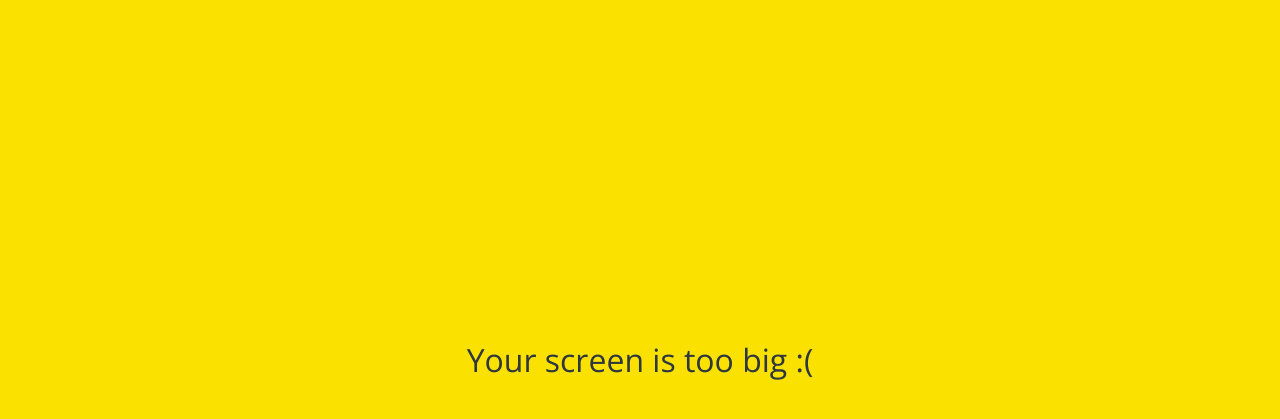
Repository: mjey14/kokoa-clone-2024-08
Page: friends.html
These files come from the project's save history. The page is drawn as it stood at one moment and after the next save; the edit follows.
The browser window is 1280 px wide. The pictures show the whole page.
Pictures or frames that could not be fetched are drawn as grey boxes. Some web libraries are served in a nearby version.

Above is the page before, as saved 2024-08-25 21:24:49.

### friends.html
<!DOCTYPE html>
<html lang="en">
  <head>
    <link rel="stylesheet" href="css/styles.css" />
    <meta charset="UTF-8" />
    <meta name="viewport" content="width=device-width, initial-scale=1.0" />
    <title>Friends - KokoaClone</title>
  </head>
  <body>
    <div class="status-bar">
      <div class="status-bar__column">
        <span>No Service</span>
        <i class="fa-solid fa-wifi fa-sm"></i>
      </div>
      <div class="status-bar__column">
        <span>15:09</span>
      </div>
      <div class="status-bar__column">
        <span>22%</span>
        <i class="fa-solid fa-battery-quarter fa-lg"></i>
        <i class="fa-solid fa-bolt fa-sm"></i>
      </div>
    </div>

    <header class="screen-header">
      <h1 class="screen-header__title">Friends</h1>
      <div class="screen-header__icons">
        <span><i class="fa-solid fa-magnifying-glass fa-lg"></i></span>
        <span><i class="fa-solid fa-music fa-lg"></i></span>
        <span><i class="fa-solid fa-gear fa-lg"></i></span>
      </div>
    </header>

    <a id="friends-display-link">
      <i class="fa-solid fa-circle-info"></i> Friends' Names Display
      <i class="fa-solid fa-chevron-right fa-xs"></i>
    </a>
    <main class="friends-screen">
      <div class="user-component">
        <div class="user-component__column">
          <img
            class="user-component__avatar user-component__avatar--xl"
            src="https://cdn.britannica.com/72/170772-050-D52BF8C2/Avocado-fruits.jpg"
          />
          <div class="user-component__text">
            <h4 class="user-component__title">Avocado</h4>
            <!-- <h6 class="user-component__subtitle">this text whatever</h6> -->
          </div>
        </div>
        <div class="user-component__column"></div>
      </div>
      <div class="friends-screen__channel">
        <div class="friends-screen__channel-header">
          <span>Channel</span>
          <i class="fa-solid fa-chevron-up fa-xs"></i>
        </div>
        <div class="user-component">
          <div class="user-component__column">
            <img
              class="user-component__avatar user-component__avatar--sm"
              src="https://images-eds-ssl.xboxlive.com/image?url=4rt9.lXDC4H_93laV1_eHM0OYfiFeMI2p9MWie0CvL99U4GA1gf6_kayTt_kBblFwHwo8BW8JXlqfnYxKPmmBcX6wYOjOFZaAfhmaS_qZ1Fqa5spxZBglj79LxCVcqkrja1mDd8qYRhx1Gss.ZBMJKs4hKtI19wwOFsNnB53F1U-&format=source&h=576"
            />
            <div class="user-component__text">
              <h4 class="user-component__title user-component__title--not-bold">
                Channel
              </h4>
              <!-- <h6 class="user-component__subtitle">this text whatever</h6> -->
            </div>
          </div>
          <div class="user-component__column">
            <div>
              <span>2</span> <i class="fa-solid fa-chevron-right fa-xs"></i>
            </div>
          </div>
        </div>
      </div>
    </main>

    <nav class="nav">
      <ul class="nav__list">
        <li class="nav__btn">
          <a class="nav__link" href="friends.html"
            ><i class="fa-solid fa-user fa-2x"></i
          ></a>
        </li>
        <li class="nav__btn">
          <a class="nav__link" href="chats.html">
            <span class="nav__notification badge">1</span>
            <i class="fa-regular fa-comment fa-2x"></i
          ></a>
        </li>
        <li class="nav__btn">
          <a class="nav__link" href="find.html"
            ><i class="fa-solid fa-magnifying-glass fa-2x"></i
          ></a>
        </li>
        <li class="nav__btn">
          <a class="nav__link" href="more.html">
            <div class="nav__newbadge"></div>
            <i class="fa-solid fa-ellipsis fa-2x"></i
          ></a>
        </li>
      </ul>
    </nav>

    <div id="splash-screen">
      <i class="fas fa-comment"></i>
    </div>
    <div id="no-mobile">
      <span>Your screen is too big :(</span>
    </div>

    <script
      src="https://kit.fontawesome.com/2eddee84de.js"
      crossorigin="anonymous"
    ></script>
  </body>
</html>

### css/styles.css
@import url("https://fonts.googleapis.com/css2?family=Open+Sans:ital,wght@0,300..800;1,300..800&display=swap");
@import "reset.css";
@import "variables.css";

/* Components */
@import "components/status-bar.css";
@import "components/nav-bar.css";
@import "components/screen-header.css";
@import "components/user-component.css";
@import "components/badge.css";
@import "components/icon-row.css";
@import "components/alt-screen-header.css";
@import "components/no-mobile.css";

/* Screens */
@import "screens/login.css";
@import "screens/friends.css";
@import "screens/find.css";
@import "screens/more.css";
@import "screens/settings.css";
@import "screens/chat.css";

body {
  font-family: "Open Sans", sans-serif;
  color: #2e363e;
}

.main-screen {
  padding: 0px var(--horizontal-space);
}

### css/components/status-bar.css
.status-bar {
  display: flex;
  justify-content: center;
  padding: 5px 3px;
  position: fixed;
  top: 0px;
  width: 100%;
  box-sizing: content-box;
}

.status-bar__column {
  width: 33%;
}

.status-bar__column:first-child span {
  margin-right: 5px;
}

.status-bar__column:nth-child(2) {
  display: flex;
  justify-content: center;
}

.status-bar__column:last-child {
  display: flex;
  justify-content: flex-end;
  align-items: center;
}

.status-bar__column .fa-battery-quarter {
  margin: 0px 5px;
}

### css/components/nav-bar.css
.nav {
  position: fixed;
  bottom: 0px;
  width: 100%;
  background-color: #f9f9fa;
  padding: 20px 50px;
  box-sizing: border-box;
  border-top: var(--main-border);
}

.nav__list {
  display: flex;
  justify-content: space-between;
}

.nav__link {
  color: #2e363e;
  position: relative;
}

@keyframes notificationAnimation {
  0% {
    transform: none;
  }
  50% {
    transform: translateY(-5px) rotateY(360deg);
  }
  100% {
    transform: none;
  }
}

.nav__notification {
  position: absolute;
  left: 20px;
  bottom: 15px;
  animation: notificationAnimation 2s ease-in-out infinite;
}

@keyframes appearBtnAnimation {
  from {
    opacity: 0;
  }
  to {
    opacity: 1;
    transform: none;
  }
}

.nav__btn {
  transform: translateY(50px);
  opacity: 0;
  animation: appearBtnAnimation 0.3s ease-in-out forwards;
}

.nav__btn:nth-child(2) {
  animation-delay: 0.2s;
}
.nav__btn:nth-child(3) {
  animation-delay: 0.5s;
}
.nav__btn:last-child {
  animation-delay: 0.8s;
}

.nav__newbadge {
  background-color: tomato;
  width: 5px;
  height: 5px;
  border-radius: 50%;
  display: flex;
  justify-content: center;
  align-items: center;
  position: absolute;
  left: 30px;
  bottom: 30px;
}

### css/components/screen-header.css
.screen-header {
  display: flex;
  justify-content: space-between;
  align-items: center;
  padding: var(--horizontal-space);
  margin-top: 20px;
  margin-bottom: 15px;
}

.screen-header__title {
  font-size: 32px;
  font-weight: 600;
}

.screen-header__icons span {
  margin-left: 25px;
}

@keyframes rotateCog {
  from {
    transform: none;
  }
  to {
    transform: rotateZ(360deg);
  }
}

.screen-header__icons .fa-gear:hover {
  animation: rotateCog 1s linear infinite;
}

.screen-header__icons {
  position: relative;
}

.screen-header__newbadge {
  background-color: tomato;
  width: 5px;
  height: 5px;
  border-radius: 50%;
  display: flex;
  justify-content: center;
  align-items: center;
  position: absolute;
  right: -5px;
  top: -5px;
}

### css/components/user-component.css
.user-component {
  justify-content: space-between;
  margin-bottom: 25px;
}

.user-component,
.user-component__column:first-child {
  display: flex;
  align-items: center;
}

.user-component__avatar {
  width: 70px;
  height: 70px;
  border: 1px solid rgba(0, 0, 0, 0.1);
  border-radius: 27px;
  margin-right: 20px;
}

.user-component__title {
  font-weight: 600;
  font-size: 22px;
}

.user-component__subtitle {
  margin-top: 8px;
  font-size: 17px;
  color: var(--gray);
}

.user-component__subtitle i {
  color: var(--gray);
  margin-left: 2px;
}

.user-component__avatar--xl {
  width: 80px;
  height: 80px;
}

.user-component__avatar--sm {
  width: 60px;
  height: 60px;
  border-radius: 25px;
}

.user-component__title--not-bold {
  font-weight: 400;
}

.user-component__column:last-child {
  color: var(--gray);
  display: flex;
  flex-direction: column;
  align-items: end;
}

.user-component__time {
  margin-bottom: 5px;
  display: block;
}

### css/components/badge.css
.badge {
  background-color: tomato;
  color: white;
  font-weight: 600;
  width: 25px;
  height: 25px;
  border-radius: 50%;
  display: flex;
  justify-content: center;
  align-items: center;
}

### css/components/alt-screen-header.css
.alt-header {
  padding: var(--horizontal-space);
  margin-top: 20px;
  margin-bottom: 15px;
  display: flex;
  align-items: center;
  justify-content: center;
}

.alt-header__column {
  width: 33%;
}

.alt-header__title {
  font-size: 28px;
  font-weight: 600;
}

.alt-header__column:first-child {
  margin-right: auto;
}

.alt-header__column:nth-child(2) {
  text-align: center;
}

.alt-header__column:last-child {
  margin-left: auto;
  display: flex;
  justify-content: flex-end;
}

.alt-header__column span:last-child {
  margin-left: 20px;
}

### css/components/no-mobile.css
#no-mobile {
  position: absolute;
  z-index: 99;
  height: 100vh;
  width: 100vw;
  background-color: var(--yellow);
  display: flex;
  top: 0px;
  justify-content: center;
  align-items: center;
  font-size: 32px;
}

@media screen and (max-width: 645px) {
  #no-mobile {
    display: none;
  }
}

### css/screens/login.css
.welcome-header {
  margin: 90px 0px;
  text-align: center;
  display: flex;
  flex-direction: column;
  align-items: center;
}

.welcome-header__title {
  margin-bottom: 20px;
  font-size: 25px;
}

.welcome-header__text {
  width: 60%;
  opacity: 0.7;
}

#login-form {
  display: flex;
  flex-direction: column;
  margin: 0px 30px;
}

#login-form input {
  border: none;
  padding: 15px 0px;
  font-size: 18px;
  margin-bottom: 25px;
}

#login-form input:not([type="submit"]) {
  border-bottom: 1px solid rgba(0, 0, 0, 0.2);
  transition: border-color 0.3s ease-in-out;
}

#login-form input::placeholder {
  color: rgba(0, 0, 0, 0.4);
}

#login-form input:focus {
  border-color: var(--yellow);
}

#login-form input[type="submit"] {
  background-color: var(--yellow);
  cursor: pointer;
  padding: 15px 0px;
  border-radius: 5px;
}

#login-form a {
  text-align: center;
  text-decoration: none;
  color: inherit;
  font-size: 13px;
}

### css/screens/friends.css
#friends-display-link {
  text-align: center;
  display: block;
  background-color: #fafafa;
  padding: 15px 0px;
  font-size: 18px;
  margin-bottom: 25px;
  margin-top: -10px;
}

#friends-display-link i {
  color: rgba(0, 0, 0, 0.3);
}

.friends-screen {
  padding: 0px var(--horizontal-space);
}

.friends-screen__channel {
  border-top: var(--main-border);
  padding-top: 25px;
}

.friends-screen__channel-header {
  margin-bottom: 25px;
  display: flex;
  justify-content: space-between;
  color: var(--gray);
  font-size: 14px;
}

@keyframes hideSplashScreen {
  from {
    opacity: 1;
  }
  to {
    opacity: 0;
    visibility: hidden;
  }
}

#splash-screen {
  background-color: var(--yellow);
  position: absolute;
  height: 100vh;
  width: 100vw;
  top: 0;
  display: flex;
  justify-content: center;
  align-items: center;
  font-size: 132px;
  animation: hideSplashScreen 0.3s ease-in-out forwards;
  animation-delay: 2s;
}

### css/screens/find.css
.recommended-friends {
  margin: 25px 0px;
  padding: 25px 0px;
  border-top: var(--main-border);
  border-bottom: var(--main-border);
}

.recommended-friends__title {
  font-size: 14px;
  color: var(--gray);
}

.recommended-friends span {
  display: block;
  margin: 100px 0px;
  text-align: center;
  font-size: 16px;
  color: var(--gray);
}

.open-chat__header {
  display: flex;
  justify-content: space-between;
  font-size: 14px;
  color: var(--gray);
  margin-bottom: 25px;
}

.open-chat__header span {
  opacity: 0.8;
}

.open-post {
  display: flex;
  justify-content: space-between;
  align-items: center;
}

.open-post__title {
  font-weight: 600;
  margin-bottom: 10px;
}

.open-post__hashtags {
  text-transform: uppercase;
  color: var(--gray);
}

.open-post__members {
  margin-top: 7px;
  display: flex;
  align-items: center;
}

.open-post__members img {
  width: 15px;
  height: 15px;
  border-radius: 50%;
  margin-right: 5px;
}

.open-post__members-count {
  color: var(--gray);
  font-size: 14px;
}

.open-post__members .divider {
  width: 1px;
  height: 12px;
  margin: 0px 5px;
  background-color: var(--gray);
}

.open-post__members-status {
  color: #ffb0e0;
}

.open-post__photo {
  position: relative;
}

.open-post__photo img {
  width: 120px;
  height: 120px;
  border-radius: 10px;
}

.open-post__heart-count {
  background-color: rgba(0, 0, 0, 0.5);
  color: white;
  padding: 5px;
  border-radius: 20px;
  display: flex;
  align-items: center;
  position: absolute;
  bottom: 10px;
  right: 10px;
  font-size: 14px;
}

.open-post__heart-count span {
  margin-left: 5px;
  margin-right: 2px;
}

@keyframes heartBeat {
  0% {
    color: white;
    transform: none;
  }
  50% {
    color: tomato;
    transform: scale(1.5);
  }
  100% {
    color: white;
    transform: none;
  }
}

.open-post__heart-count:hover i {
  will-change: transform;
  animation: heartBeat 1s linear infinite;
}

### css/screens/more.css
.more-screen .icon-row {
  margin-bottom: 40px;
}

.more-suggestions {
  margin-top: 50px;
  border-top: var(--main-border);
  padding-top: 40px;
}

.more-suggestions__title {
  margin-bottom: 30px;
}

.more-suggestions__icons {
  display: flex;
}

.more-suggestions__icon {
  margin-right: 30px;
  display: flex;
  flex-direction: column;
  align-items: center;
}

.more-suggestions__icon-image {
  width: 60px;
  height: 60px;
  background-color: var(--yellow);
  border-radius: 10px;
  display: flex;
  justify-content: center;
  align-items: center;
  margin-bottom: 10px;
}

.more-suggestions__icon-image i {
  font-size: 32px;
  color: white;
}

### css/screens/settings.css
.settings__setting {
  padding: 20px 0px;
  border-bottom: 1px solid rgba(0, 0, 0, 0.1);
  font-size: 18px;
  display: flex;
  align-items: center;
  justify-content: space-between;
}

.settings__setting i {
  opacity: 0.8;
  margin-right: 20px;
  font-size: 20px;
}

.settings__setting-column:last-child {
  opacity: 0.7;
}

### css/screens/chat.css
#chat-screen {
  background-color: #abc1d1;
  height: 500vh;
}

#chat-screen .alt-header,
#chat-screen .status-bar {
  top: 0;
  position: fixed;
  width: 100%;
  background-color: #abc1d1;
  box-sizing: border-box;
}

#chat-screen .status-bar {
  z-index: 2;
}

#chat-screen__status-bar {
  background-color: #abc1d1;
}

#chat-screen .alt-header {
  position: fixed;
  width: 100%;
  top: 0;
  box-sizing: border-box;
  background-color: #abc1d1;
  z-index: 1;
}

.main-chat {
  margin-top: 150px;
}

@keyframes fadeIn {
  from {
    transform: translateY(30px);
    opacity: 0;
  }
  to {
    transform: none;
    opacity: 1;
  }
}

.main-chat {
  margin-top: 180px;
  display: flex;
  flex-direction: column;
  align-items: center;
  animation: fadeIn 0.8s linear;
}

.chat__timestamp {
  color: white;
  background-color: #92a4b2;
  padding: 15px;
  font-size: 14px;
  border-radius: 25px;
  margin-bottom: 25px;
}

.message-row {
  width: 100%;
  display: flex;
  margin-bottom: 25px;
}

.message-row img {
  width: 50px;
  height: 50px;
  border-radius: 50%;
  margin-right: 10px;
}

.message__author {
  margin-bottom: 5px;
  display: block;
}

.message__info {
  display: flex;
  align-items: flex-end;
}

.message__bubble {
  background-color: white;
  padding: 13px;
  font-size: 18px;
  border-radius: 15px;
  border-top-left-radius: 0px;
  margin-right: 5px;
}

.message__time,
.message__author {
  opacity: 0.8;
  font-size: 14px;
}
.message-row--own {
  justify-content: flex-end;
}

.message-row--own .message__bubble {
  background-color: var(--yellow);
  border-top-right-radius: 0px;
  border-top-left-radius: 15px;
  margin-right: 0px;
  margin-left: 5px;
}

.message-row--own .message__info {
  flex-direction: row-reverse;
}

.reply {
  position: fixed;
  bottom: 0;
  width: 100%;
  background-color: white;
  display: flex;
  justify-content: space-between;
  padding: 5px 25px;
  box-sizing: border-box;
  align-items: center;
  transition: all 0.3s ease-in-out;
}

.reply .reply__column:first-child {
  width: 10%;
}
.reply .reply__column:last-child {
  width: 90%;
  position: relative;
}

.reply i {
  opacity: 0.5;
}

.reply input {
  padding: 12px;
  width: 100%;
  border: var(--main-border);
  border-radius: 25px;
  box-sizing: border-box;
  transition: all 0.3s ease-in-out;
}

.reply__column:last-child > i,
.reply__column:last-child button {
  position: absolute;
  right: 3px;
  top: 3px;
}

.reply__column:last-child > i {
  right: 50px;
  top: 20px;
}

.reply__column button {
  background-color: var(--yellow);
  border: none;
  width: 35px;
  height: 35px;
  border-radius: 50%;
  font-size: 16px;
}

.reply__column button i {
  opacity: 1;
}
.reply__column button:focus,
.reply__column button:active {
  outline: none;
}

.reply .reply__column:first-child,
.reply .fa-smile-wink,
.reply button {
  transition: opacity 0.3s ease-in-out;
}

.reply:focus-within .reply__column:first-child,
.reply:focus-within .fa-smile-wink,
.reply:focus-within button {
  opacity: 0;
}

.reply:focus-within input {
  width: 98vw;
  transform: translateX(-13%) translateY(-80px);
}

.reply:focus-within {
  transform: translateY(80px);
}

Loaded but not shown: css/reset.css (common file); css/variables.css (common file); css/components/icon-row.css (common file)

After the next save:
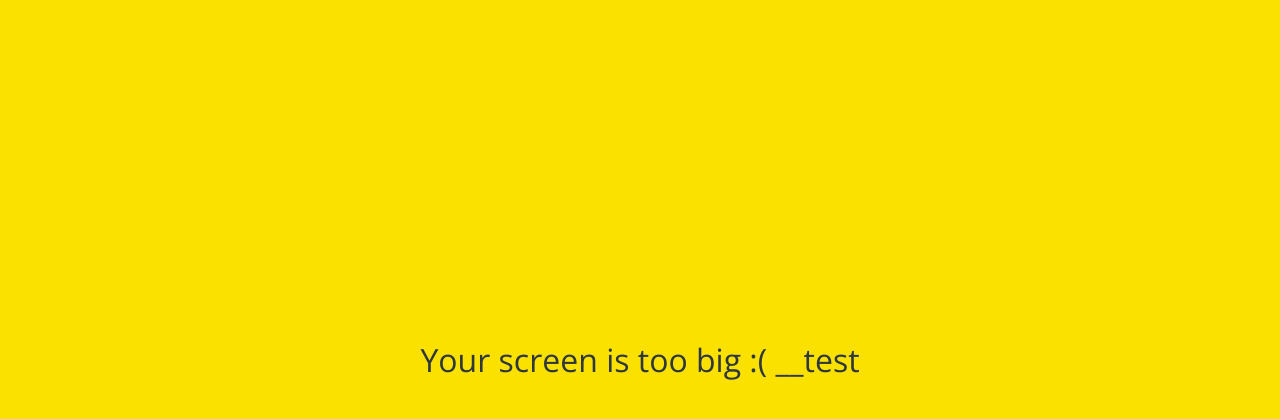
Saved 39 s later.
--- a/friends.html
+++ b/friends.html
@@ -107,7 +107,7 @@
       <i class="fas fa-comment"></i>
     </div>
     <div id="no-mobile">
-      <span>Your screen is too big :(</span>
+      <span>Your screen is too big :( __test</span>
     </div>
 
     <script
